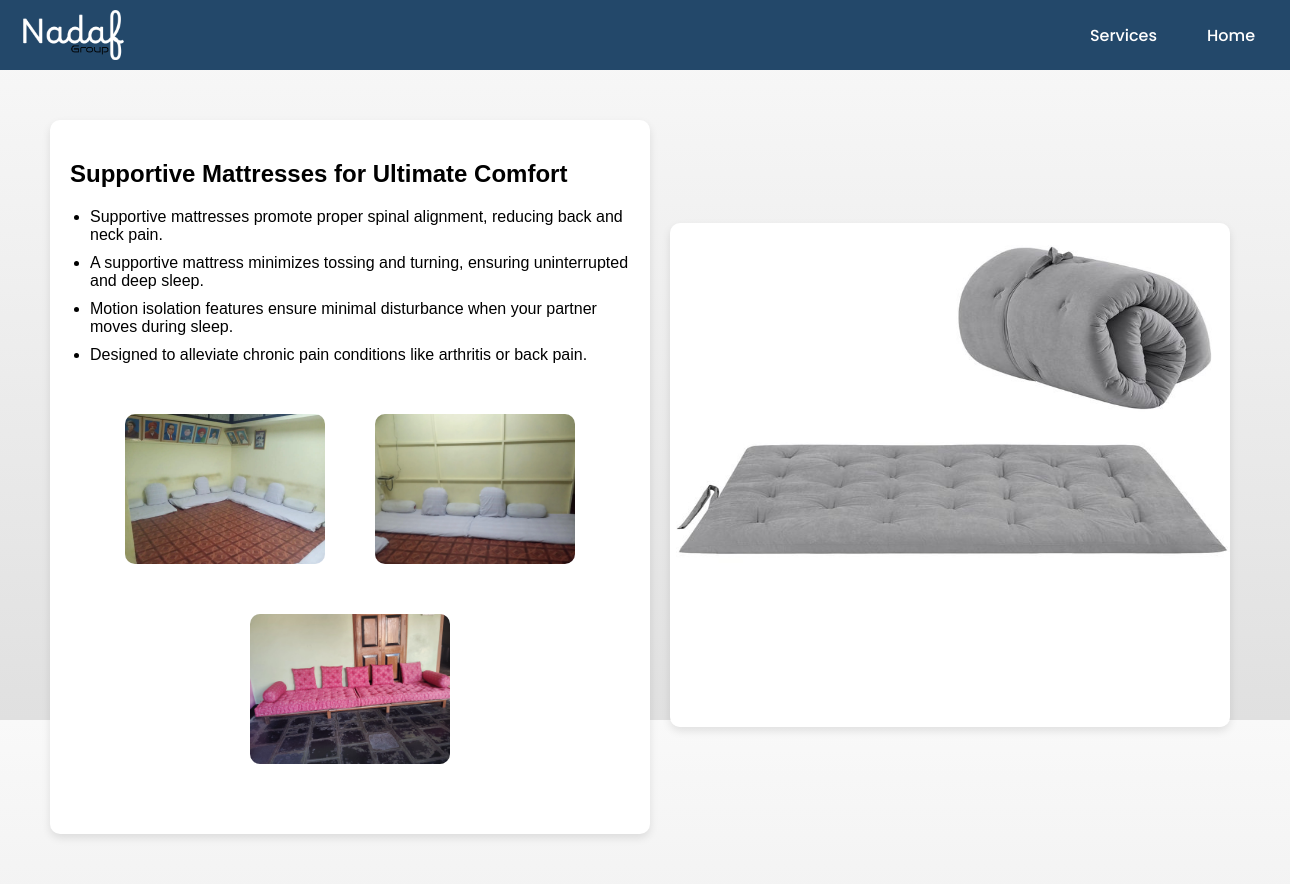
Repository: nadafgroup/rashidgadiUI
Page: src/rent.html
An editor plug-in stored every save of this project. The page is shown before and after the next save, followed by the edit.
The browser window is 1280 px wide. The page is 1290 px wide, so the pictures cover 1290 px, including what lies to the right of the window. The pictures show the whole page.

Above is the page before, as saved 2025-01-29 15:46:28.
Console error: TypeError: Cannot read properties of null (reading 'addEventListener')

### src/rent.html
<!DOCTYPE html>
<html lang="en">
<head>
    <meta charset="UTF-8">
    <meta name="viewport" content="width=device-width, initial-scale=1.0">
    <title>Mattresses</title>
   <link rel="stylesheet" href="./products.css">
</head>
<body>
    <header>
        <div class="logo">
            <img src="../assets/img/logo2.png" class="logo" alt="">
        </div>

        <div class="nav-right">
            <ul>


                <li class="dropdown">
                    <a href="#" class="dropbtn">Services</a>
                    <div class="dropdown-content">
                        <a href="./bed.html">Bed Mattresses</a>
                        <a href="./pillow.html">Pillow Mattresses</a>
                        <a href="./sofa.html">Sofa Mattresses</a>
                        <a href="./repair.html">Mattresses Repair </a>
                        <a href="./rent.html">Mattresses Rent</a>
                        <a href="./furniture.html">Furniture</a>
                    </div>
                </li>
                <li><a href="./home.html">Home</a></li>
            </ul>
        </div>

    </header>

    <div class="container">
        <div class="info">
            <h2>Supportive Mattresses for Ultimate Comfort</h2>
            <ul>
                <li>Supportive mattresses promote proper spinal alignment, reducing back and neck pain.</li>
                <li>A supportive mattress minimizes tossing and turning, ensuring uninterrupted and deep sleep.</li>
                <li>Motion isolation features ensure minimal disturbance when your partner moves during sleep.</li>
                <li>Designed to alleviate chronic pain conditions like arthritis or back pain.</li>
            </ul>

            <div class="gallery">
                <img src="../assets/img/real img/r2.webp" alt="Gallery Image 1">
                <img src="../assets/img/real img/r3.webp" alt="Gallery Image 2">
                <img src="../assets/img/real img/r8.webp" alt="Gallery Image 3">
            </div>

             <!-- Modal for displaying images in full screen -->
    <div id="imageModal" class="modal">
        <span class="close" id="closeModal">&times;</span>
        <img class="modal-content" id="modalImage" alt="Full-size image">
    </div>
        </div>

        <div class="image-container">
            <img src="../assets/img/rent.jpg" alt="Mattress" style="height: 70vh;">
        </div>
    </div>


    <script src="./products.js"></script>
</body>

</html>

### src/products.css
@font-face {
    font-family: 'poppins';
    src: url('../assets/fonts/Poppins/Poppins-Medium.ttf') format('truetype');
}

@font-face {
    font-family: 'inter';
    src: url('../assets/fonts/Inter/Inter-VariableFont_opsz\,wght.ttf') format('truetype');
}

@font-face {
    font-family: 'Exo';
    src: url('../assets/fonts/Exo2-VariableFont_wght.ttf') format('truetype');
}

body {
    margin: 0;
    padding: 0;
    overflow-x: hidden; /* Prevent horizontal scrolling */
    font-family: Arial, sans-serif;
    display: flex;
    flex-direction: column;
    align-items: center;
    background: linear-gradient(to bottom, #f9f9f9, #e0e0e0);
    height: 100vh;
}

header {
    width: 100%;
    padding: 10px;
    display: flex;
    justify-content: space-between;
    align-items: center;
    background-color: #23486A;
    color: white;
    font-size: 1rem;
}

.nav-right ul {
    display: flex;
    list-style: none;
    margin: 0;
    padding: 0;
}

.nav-right ul li {
    margin: 0 15px;
}

.nav-right ul li a {
    text-decoration: none;
    color: white;
    padding: 10px;
    transition: 0.3s;
    font-family: 'poppins';
}

.nav-right ul li a:hover {
    background-color: #5c6bc0;
    border-radius: 5px;
}

.nav-right ul li.dropdown {
    position: relative;
}

.nav-right ul li.dropdown:hover .dropdown-content {
    display: block;
}

.nav-right ul li .dropdown-content {
    display: none;
    position: absolute;
    background-color: #3f51b5;
    min-width: 160px;
    z-index: 1;
    border-radius: 5px;
}

.nav-right ul li .dropdown-content a {
    padding: 10px;
    color: white;
    text-decoration: none;
    display: block;
}

.nav-right ul li .dropdown-content a:hover {
    background-color: #5c6bc0;
}

.logo {
    width: auto;
    height: 50px;
    margin-left: 10px;
    margin-bottom: 0px;
}

.container {
    display: flex;
    flex-direction: row;
    justify-content: center;
    align-items: center;
    padding: 50px;
    gap: 20px;
}

.info {
    flex: 1;
    padding: 20px;
    background: white;
    border-radius: 10px;
    box-shadow: 0 4px 8px rgba(0, 0, 0, 0.1);
    animation: slideInLeft 1s;
}

.info ul {
    list-style: disc;
    padding-left: 20px;
}

.info ul li {
    margin: 10px 0;
}

.image-container {
    flex: 1;
    animation: slideInRight 1s;
}

.image-container img {
    width: 100%;
    border-radius: 10px;
    box-shadow: 0 4px 8px rgba(0, 0, 0, 0.1);
}

.gallery {
    width: 90%;
    margin: 30px auto;
    display: flex;
    flex-wrap: wrap;
    gap: 10px;
    justify-content: center;
    animation: fadeIn 1.5s;
}

.gallery img {
    width: 200px;
    height: 150px;
    object-fit: cover;
    border-radius: 10px;
    margin: 20px;
    transition: transform 0.3s;
}

.gallery img:hover {
    transform: scale(1.1);
}

/* Modal Styles */
.modal {
    display: none; /* Hidden by default */
    position: fixed;
    z-index: 1; /* Sit on top */
    left: 0;
    top: 0;
    width: 100%; /* Full width */
    height: 100%; /* Full height */
    overflow: auto;
    background-color: rgb(0, 0, 0); /* Black background with opacity */
    background-color: rgba(0, 0, 0, 0.8); /* Transparent black */
    padding-top: 60px;
}

.modal-content {
    margin: auto;
    display: block;
    width: 80%;
    max-width: 700px;
    border-radius: 10px;
}

.close {
    color: #fff;
    font-size: 40px;
    font-weight: bold;
    position: absolute;
    top: 15px;
    right: 35px;
    cursor: pointer;
    transition: 0.3s;
}

.close:hover,
.close:focus {
    color: #f1f1f1;
    text-decoration: none;
    cursor: pointer;
}

@keyframes fadeIn {
    from { opacity: 0; }
    to { opacity: 1; }
}

@keyframes slideInLeft {
    from { transform: translateX(-100%); }
    to { transform: translateX(0); }
}

@keyframes slideInRight {
    from { transform: translateX(100%); }
    to { transform: translateX(0); }
}

/* Media Queries for Responsiveness */
@media (max-width: 768px) {
    .container {
        flex-direction: column; /* Switch to column layout */
        padding: 20px;
    }

    .info, .image-container {
        flex: none; /* Reset flex behavior */
        width: 100%;
    }

    .gallery img {
        width: 100%; /* Make gallery images take full width on small screens */
        height: auto;
    }
}

@media (max-width: 480px) {
    header {
        flex-direction: column;
        align-items: center;
    }

    .nav-right ul {
        flex-direction: column;
        align-items: center;
    }

    .nav-right ul li {
        margin: 10px 0;
    }

    .logo {
        margin: 10px 0;
    }
}

### src/products.js
// Toggle the mobile menu when the hamburger icon is clicked
document.getElementById('hamburger').addEventListener('click', function() {
    const menu = document.getElementById('menu');
    menu.classList.toggle('active');
});

After the next save:
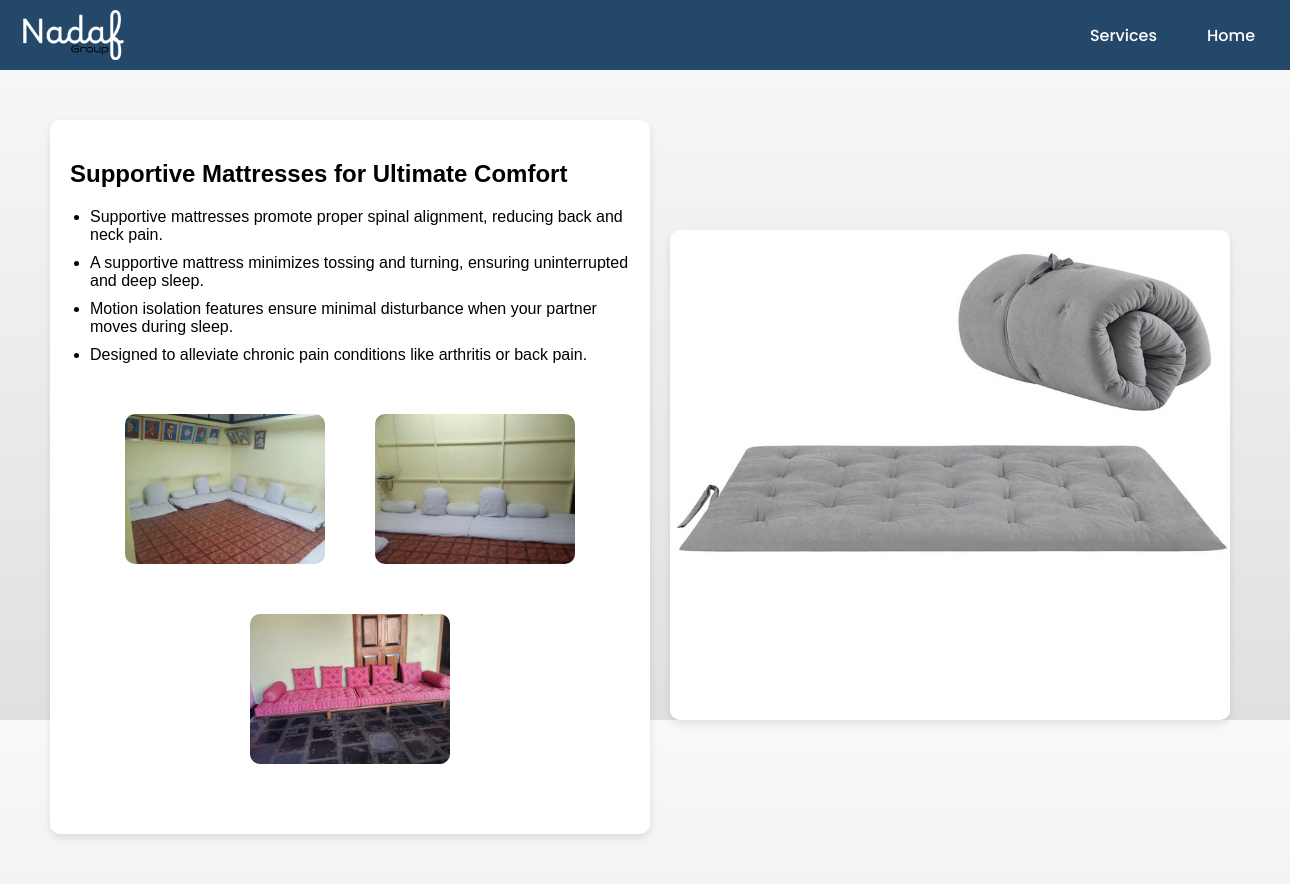
Saved 10 s later.
--- a/src/rent.html
+++ b/src/rent.html
@@ -57,7 +57,7 @@
         </div>
 
         <div class="image-container">
-            <img src="../assets/img/rent.jpg" alt="Mattress" style="height: 70vh;">
+            <img src="../assets/img/rent.jpg" alt="Mattress" style="height: 68vh;">
         </div>
     </div>
 
